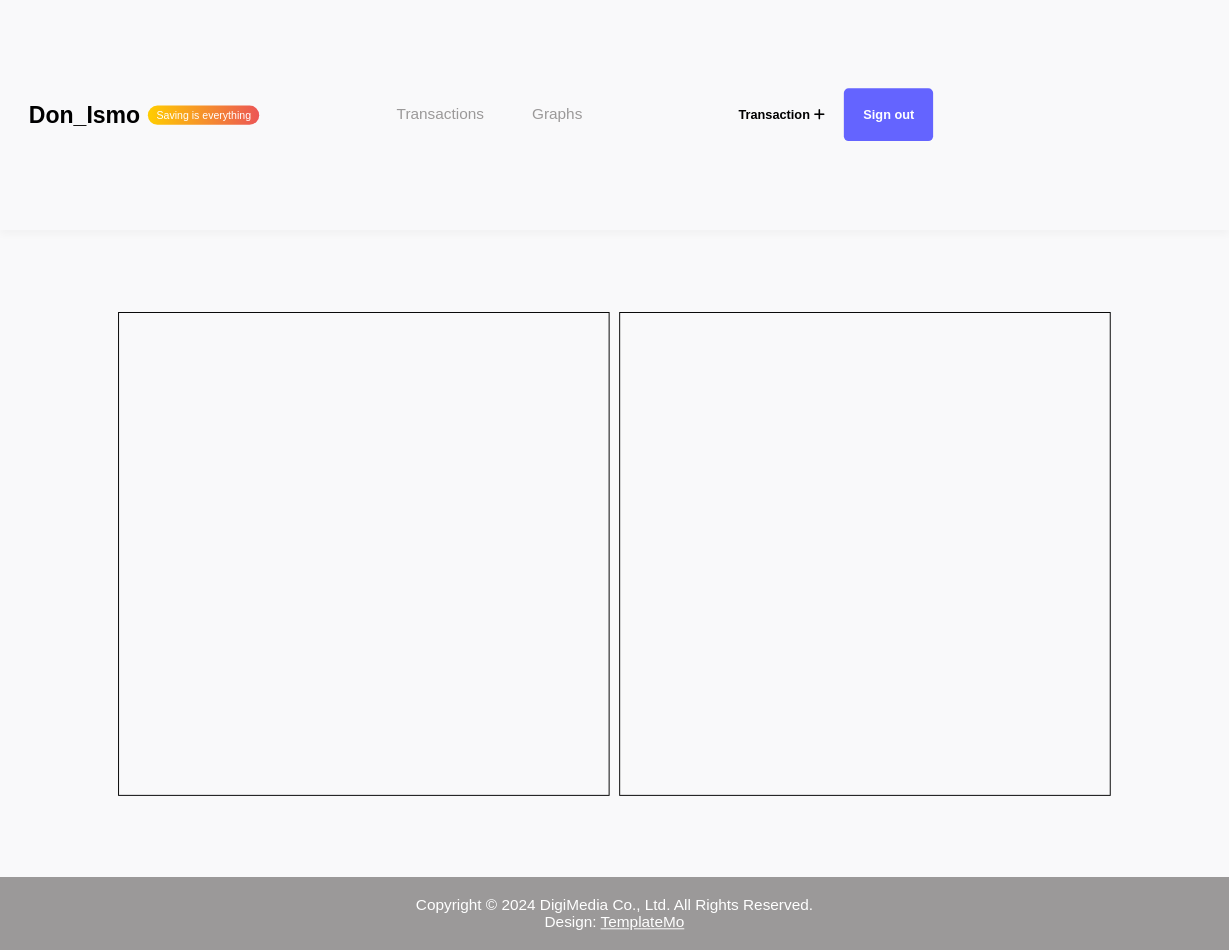
Repository: Ismail-ibr/pfa
Page: Dashboard/index.html
An editor plug-in stored every save of this project. The page is shown before and after the next save, followed by the edit.
The browser window is 1280 px wide. The pictures show the whole page, at 96% of full size.

Above is the page before, as saved 2024-05-20 14:20:03.
Console error: ReferenceError: closeButton is not defined

After the next save:
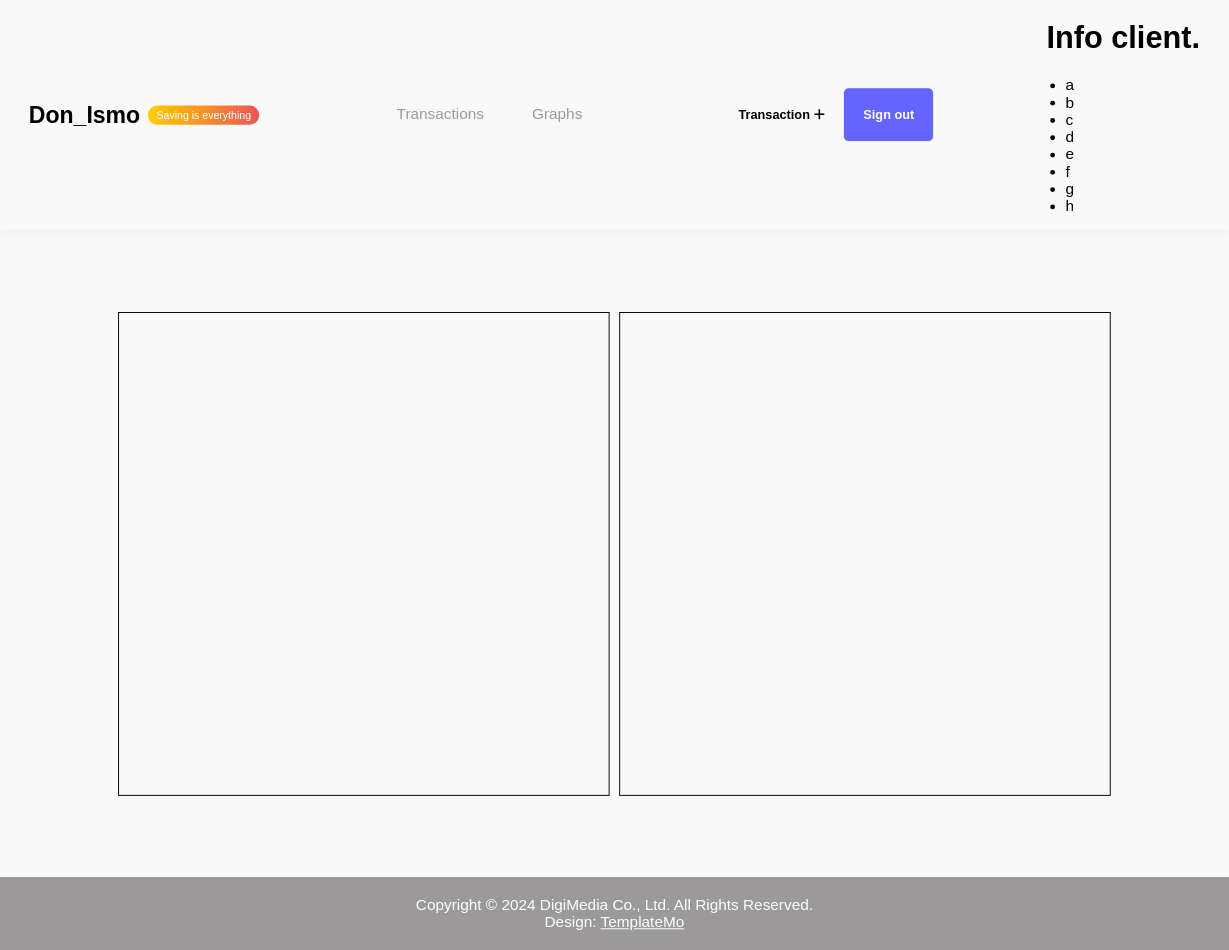
Saved 60 s later.
--- a/Dashboard/index.html
+++ b/Dashboard/index.html
@@ -28,7 +28,7 @@
                 <h5 class="btn-1 open-button-2">Transaction<i class="fa-solid fa-plus"></i></h5>
                 <h5 class="btn-2 open-button">Sign out</h5>
             </div>
-            <div style='visibility: hidden' class="sideBar">
+            <div style='visibility: hiden' class="sideBar">
                 <h1>Info client.</h1>
                 <ul>
                     <li>a</li>

After the save that followed:
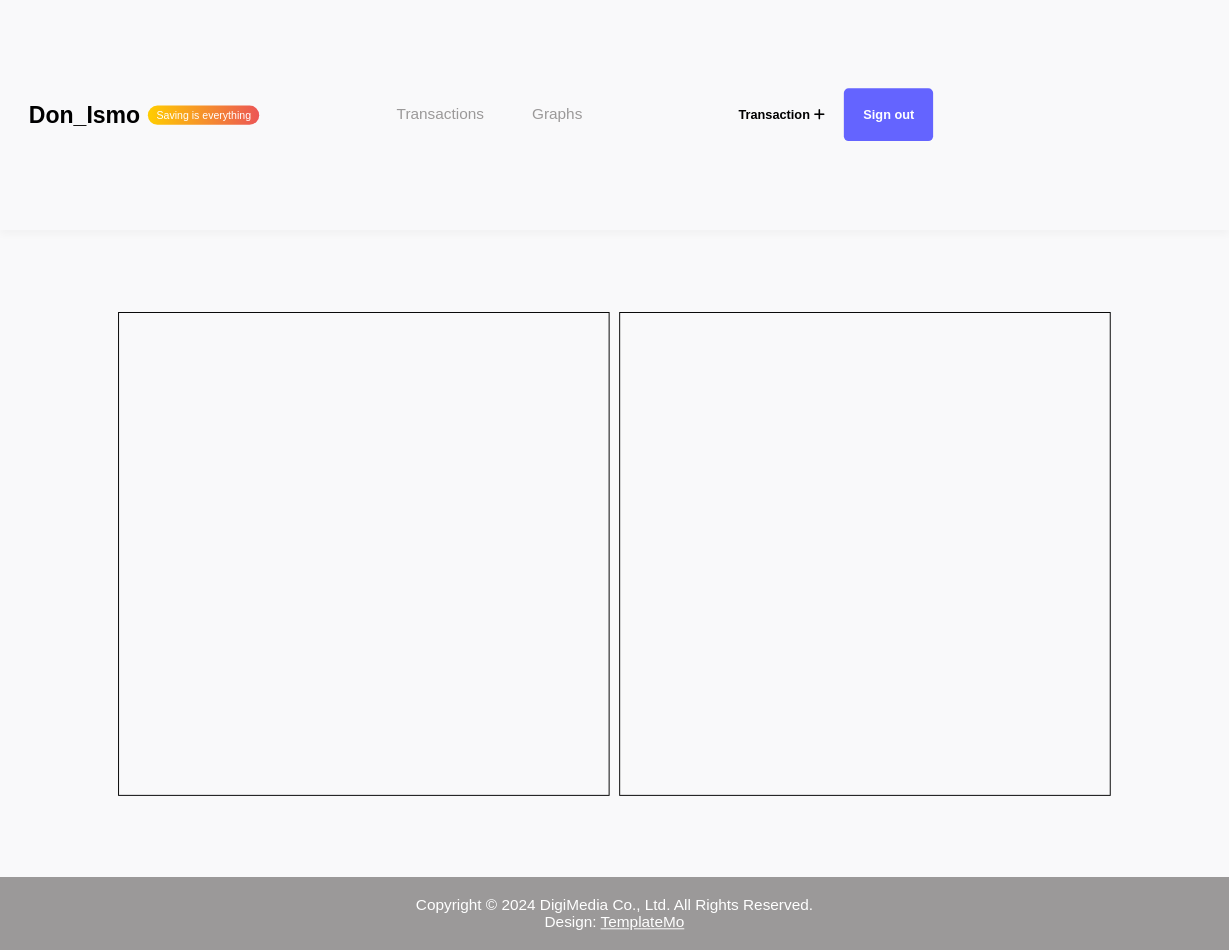
Saved 11 s later.
--- a/Dashboard/index.html
+++ b/Dashboard/index.html
@@ -28,7 +28,7 @@
                 <h5 class="btn-1 open-button-2">Transaction<i class="fa-solid fa-plus"></i></h5>
                 <h5 class="btn-2 open-button">Sign out</h5>
             </div>
-            <div style='visibility: hiden' class="sideBar">
+            <div style='visibility: hidden' class="sideBar">
                 <h1>Info client.</h1>
                 <ul>
                     <li>a</li>
